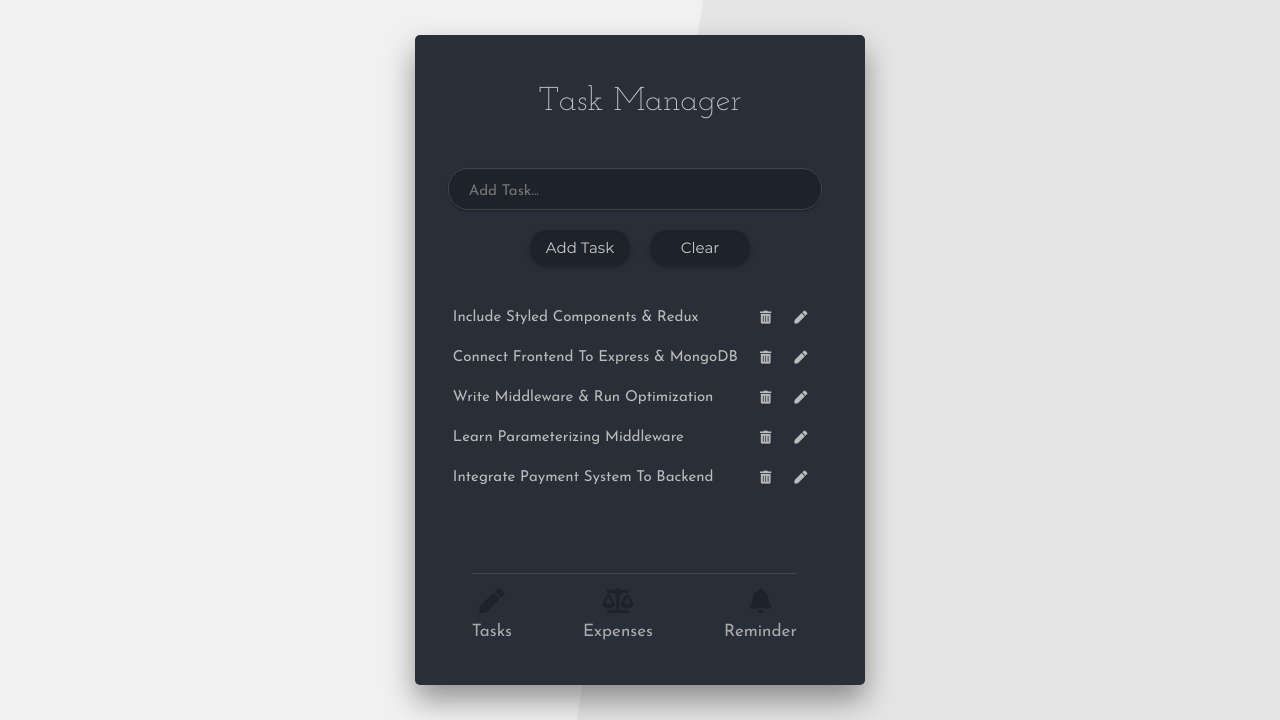
Repository: Kol124/react-task-manager
Page: /
An editor plug-in stored every save of this project. The page is shown before and after the next save, followed by the edit.
The browser window is 1280 px wide. The pictures show the whole page.
The project was rebuilt for these pictures with package versions that can differ from the ones it lists, and the page was loaded fresh each time. Also part of the build but not shown: src/components/Expenses/Expenses.js, src/components/Reminder/Reminder.js.

Above is the page before, as saved 2021-06-23 20:00:55.

### public/index.html
<!DOCTYPE html>
<html lang="en">
  <head>
    <meta charset="utf-8" />
    <link rel="icon" href="%PUBLIC_URL%/favicon.ico" />
    <meta name="viewport" content="width=device-width, initial-scale=1" />
    <meta name="theme-color" content="#000000" />
    <meta
      name="description"
      content="Web site created using create-react-app"
    />
    <link rel="apple-touch-icon" href="%PUBLIC_URL%/logo192.png" />
    <!--
      manifest.json provides metadata used when your web app is installed on a
      user's mobile device or desktop. See https://developers.google.com/web/fundamentals/web-app-manifest/
    -->
    <link rel="manifest" href="%PUBLIC_URL%/manifest.json" />
    <!--
      Notice the use of %PUBLIC_URL% in the tags above.
      It will be replaced with the URL of the `public` folder during the build.
      Only files inside the `public` folder can be referenced from the HTML.

      Unlike "/favicon.ico" or "favicon.ico", "%PUBLIC_URL%/favicon.ico" will
      work correctly both with client-side routing and a non-root public URL.
      Learn how to configure a non-root public URL by running `npm run build`.
    -->
    <link rel="stylesheet" href="all.min.css" />
    <title>React App</title>
  </head>
  <body>
    <noscript>You need to enable JavaScript to run this app.</noscript>
    <div id="root"></div>
    <!--
      This HTML file is a template.
      If you open it directly in the browser, you will see an empty page.

      You can add webfonts, meta tags, or analytics to this file.
      The build step will place the bundled scripts into the <body> tag.

      To begin the development, run `npm start` or `yarn start`.
      To create a production bundle, use `npm run build` or `yarn build`.
    -->
  </body>
</html>

### src/App.js
import "./App.css";
import React from "react";
import { BrowserRouter as Router, Switch, Route } from "react-router-dom";
import Header from "./components/Header";
import TaskForm from "./components/TaskForm";
import TaskList from "./components/TaskList";
import TaskContextProvider from "./context/TaskContext";
import Expenses from "./components/expenses/Expenses";
import Reminder from "./components/reminder/Reminder";
import Footer from "./components/Footer";

function App() {
  return (
    <Router>
      <TaskContextProvider>
        <div className="container">
          <div className="app-wrapper">
            <Header />
            <Switch>
              <Route exact path="/">
                <div className="main">
                  <TaskForm />
                  <TaskList />
                </div>
              </Route>

              <Route path="/expenses">
                <Expenses />
              </Route>

              <Route path="/reminder">
                <Reminder />
              </Route>
            </Switch>
            <Footer />
          </div>
        </div>
      </TaskContextProvider>
    </Router>
  );
}

export default App;

### src/App.css
@import url("fonts.css");

* {
  margin: 0;
  padding: 0;
  box-sizing: inherit;
}

html {
  box-sizing: border-box;
  font-size: 62.5%;
}

.container {
  width: 100%;
  height: 100vh;
  display: flex;
  align-items: center;
  justify-content: center;
  background: linear-gradient(100deg, #f1f1f1 50%, #e5e5e5 0);
}

.app-wrapper {
  background-color: #292f38;
  padding: 2.5rem 2.8rem;
  position: relative;
  width: 45rem;
  height: 65rem;
  border-radius: 5px;
  box-shadow: 0 15px 30px rgba(0, 0, 0, 0.4);
}

.header .main-header {
  font-family: "Josefin Slab", serif;
  text-align: center;
  font-size: 3.3rem;
  color: #ccc;
  font-weight: 300;
  margin: 2.5rem 2rem 5rem 2rem;
}

.main {
  display: flex;
  flex-direction: column;
  align-items: space-between;
  margin-bottom: 3.5rem;
  width: 100%;
}

.form {
  display: flex;
  align-items: center;
  margin-bottom: 1.5rem;
  flex-direction: column;
  justify-content: center;
}

.task-input {
  font-family: "Josefin Sans", serif;
  padding: 1.5rem 1rem 1rem 2rem;
  margin: 0 1rem 1rem 0;
  color: #ccc;
  width: 95%;
  outline: none;
  font-size: 1.5rem;
  border-radius: 20px;
  border: 1px solid #444;
  background-color: #1d222b;
  box-shadow: 0 1px 2px rgba(0, 0, 0, 0.3);
}

@media only screen and (max-width: 450px) {
  html {
    font-size: 50%;
  }
}

.buttons {
  display: flex;
}

.btn {
  margin: 1rem;
}

.add-task-btn {
  width: 10rem;
  height: 3.5rem;
  background-color: #1d222b;
  color: #ccc;
  border: none;
  font-family: "Montserrat", sans-serif;
  font-size: 1.5rem;
  border-radius: 2rem;
  box-shadow: 0 2px 5px rgba(0, 0, 0, 0.3);
  outline: none;
  cursor: pointer;
}

.list {
  width: 95%;
  margin: 0 auto;
  max-height: 27rem;
  overflow: hidden;
  overflow-y: auto;
}

/* width */
::-webkit-scrollbar {
  width: 6px;
}

/* Track */
::-webkit-scrollbar-track {
  border-radius: 10px;
  background-color: #aaa;
}

/* Handle */
::-webkit-scrollbar-thumb {
  background: #444;
  border-radius: 10px;
}

.list-item {
  display: flex;
  margin: 2rem 0;
  padding-bottom: 0.5rem;
  justify-content: space-between;
}

.list-item span {
  font-family: "Josefin Sans", sans-serif;
  color: #bbb;
  font-size: 1.5rem;
  text-transform: capitalize;
}

.task-btn {
  cursor: pointer;
  background-color: transparent;
  border: none;
  outline: none;
}

.btn-delete i {
  font-size: 1.3rem;
  color: #bbb;
  margin-right: 2rem;
}

.btn-edit i {
  font-size: 1.3rem;
  color: #bbb;
  margin-right: 2rem;
}

.clear-btn {
  width: 10rem;
  height: 3.5rem;
  background-color: #1d222b;
  color: #ccc;
  border: none;
  font-family: "Montserrat", sans-serif;
  font-size: 1.5rem;
  border-radius: 2rem;
  box-shadow: 0 2px 5px rgba(0, 0, 0, 0.3);
  outline: none;
  cursor: pointer;
}

.no-tasks {
  color: #777;
  text-align: center;
  font-family: "Montserrat", sans-serif;
  margin-top: 2.5rem;
  font-size: 2rem;
}

footer {
  position: absolute;
  width: 85%;
  bottom: 7%;
}

footer .nav {
  display: flex;
  align-items: center;
  justify-content: space-between;
  border-top: 1px solid #444;
  padding-top: 1.4rem;
  list-style: none;
  margin: 0 auto;
  width: 85%;
}

.nav li {
  font-family: "Josefin Sans", sans-serif;
  /* font-size: 2rem; */
  text-align: center;
}

.nav li a {
  text-decoration: none;
}

.nav li i {
  font-size: 2.5rem;
  color: #1d222b;
}

.nav li p {
  text-decoration: none;
  font-size: 1.7rem;
  color: #aaa;
  margin-top: 1rem;
}

### src/components/Header.js
import React from "react";

const Header = () => {
  return (
    <div className="header">
      <h1 className="main-header">Task Manager</h1>
    </div>
  );
};

export default Header;

### src/components/TaskForm.js
import React, { useState, useContext, useEffect } from "react";
import { TaskContext } from "../context/TaskContext";

export default function TaskForm() {
  const { editItem, setEditItem, dispatch } = useContext(TaskContext);
  const [title, setTitle] = useState("");

  const handleSubmit = (e) => {
    e.preventDefault();
    if (editItem !== null) {
      dispatch({
        type: "EDIT_TASK",
        task: {
          title,
          id: editItem.id,
        },
      });
      setEditItem(null);
    } else {
      dispatch({
        type: "ADD_TASK",
        task: {
          title,
        },
      });
    }

    setTitle("");
  };

  useEffect(() => {
    if (editItem !== null) {
      setTitle(editItem.title);
      console.log(editItem);
    } else {
      setTitle("");
    }
  }, [editItem]);

  return (
    <form onSubmit={handleSubmit} className="form">
      <input
        type="text"
        placeholder="Add Task..."
        value={title}
        onChange={(e) => setTitle(e.target.value)}
        required
        className="task-input"
      />
      <div className="buttons">
        <button type="submit" className="btn add-task-btn">
          {editItem ? "Edit Task" : "Add Task"}
        </button>
        <button
          className="btn clear-btn"
          onClick={() => dispatch({ type: "CLEAR_TASK" })}
        >
          Clear
        </button>
      </div>
    </form>
  );
}

### src/components/TaskList.js
import React, { useContext } from "react";
import { TaskContext } from "../context/TaskContext";
import Task from "./Task";

export default function TaskList() {
  const { tasks } = useContext(TaskContext);

  return (
    <div>
      {tasks.length ? (
        <ul className="list">
          {tasks.map((task) => {
            return <Task task={task} key={task.id} />;
          })}
        </ul>
      ) : (
        <div className="no-tasks">No Tasks</div>
      )}
    </div>
  );
}

### src/context/TaskContext.js
import React, { createContext, useState, useReducer, useEffect } from "react";
import TaskReducer from "../reducer/TaskReducer";

export const TaskContext = createContext();

export default function TaskContextProvider(props) {
  const [tasks, dispatch] = useReducer(TaskReducer, [
    { title: "Include styled components & redux", id: 1 },
    { title: "Connect frontend to express & mongoDB", id: 2 },
    { title: "Write middleware & run optimization", id: 3 },
    { title: "Learn parameterizing middleware", id: 4 },
    { title: "Integrate payment system to backend", id: 5 },
  ]);
  const [editItem, setEditItem] = useState(null);

  const findItem = (id) => {
    const item = tasks.find((task) => task.id === id);
    setEditItem(item);
  };

  useEffect(() => {
    console.log(tasks);
  });

  return (
    <TaskContext.Provider
      value={{ tasks, editItem, setEditItem, findItem, dispatch }}
    >
      {props.children}
    </TaskContext.Provider>
  );
}

### src/components/Footer.js
import React from "react";
import { Link } from "react-router-dom";

export default function Footer() {
  return (
    <footer>
      <ul className="nav">
        <li>
          <Link to="/">
            <i className="fa fa-pen"></i>
            <p>Tasks</p>
          </Link>
        </li>

        <li>
          <Link to="/Expenses">
            <i className="fa fa-balance-scale"></i>
            <p>Expenses</p>
          </Link>
        </li>

        <li>
          <Link to="/Reminder">
            <i className="fa fa-bell"></i>
            <p>Reminder</p>
          </Link>
        </li>
      </ul>
    </footer>
  );
}

### src/fonts.css
/* josefin-sans-300 - latin */
@font-face {
  font-family: "Josefin Sans";
  font-style: normal;
  font-weight: 300;
  src: url("./fonts/josefin-sans-v17-latin-300.eot"); /* IE9 Compat Modes */
  src: local(""),
    url("./fonts/josefin-sans-v17-latin-300.eot?#iefix")
      format("embedded-opentype"),
    /* IE6-IE8 */ url("./fonts/josefin-sans-v17-latin-300.woff2")
      format("woff2"),
    /* Super Modern Browsers */ url("./fonts/josefin-sans-v17-latin-300.woff")
      format("woff"),
    /* Modern Browsers */ url("./fonts/josefin-sans-v17-latin-300.ttf")
      format("truetype"),
    /* Safari, Android, iOS */
      url("./fonts/josefin-sans-v17-latin-300.svg#JosefinSans") format("svg"); /* Legacy iOS */
}
/* josefin-sans-regular - latin */
@font-face {
  font-family: "Josefin Sans";
  font-style: normal;
  font-weight: 400;
  src: url("./fonts/josefin-sans-v17-latin-regular.eot"); /* IE9 Compat Modes */
  src: local(""),
    url("./fonts/josefin-sans-v17-latin-regular.eot?#iefix")
      format("embedded-opentype"),
    /* IE6-IE8 */ url("./fonts/josefin-sans-v17-latin-regular.woff2")
      format("woff2"),
    /* Super Modern Browsers */
      url("./fonts/josefin-sans-v17-latin-regular.woff") format("woff"),
    /* Modern Browsers */ url("./fonts/josefin-sans-v17-latin-regular.ttf")
      format("truetype"),
    /* Safari, Android, iOS */
      url("./fonts/josefin-sans-v17-latin-regular.svg#JosefinSans")
      format("svg"); /* Legacy iOS */
}
/* josefin-sans-600 - latin */
@font-face {
  font-family: "Josefin Sans";
  font-style: normal;
  font-weight: 600;
  src: url("./fonts/josefin-sans-v17-latin-600.eot"); /* IE9 Compat Modes */
  src: local(""),
    url("./fonts/josefin-sans-v17-latin-600.eot?#iefix")
      format("embedded-opentype"),
    /* IE6-IE8 */ url("./fonts/josefin-sans-v17-latin-600.woff2")
      format("woff2"),
    /* Super Modern Browsers */ url("./fonts/josefin-sans-v17-latin-600.woff")
      format("woff"),
    /* Modern Browsers */ url("./fonts/josefin-sans-v17-latin-600.ttf")
      format("truetype"),
    /* Safari, Android, iOS */
      url("./fonts/josefin-sans-v17-latin-600.svg#JosefinSans") format("svg"); /* Legacy iOS */
}
/* josefin-sans-700 - latin */
@font-face {
  font-family: "Josefin Sans";
  font-style: normal;
  font-weight: 700;
  src: url("./fonts/josefin-sans-v17-latin-700.eot"); /* IE9 Compat Modes */
  src: local(""),
    url("./fonts/josefin-sans-v17-latin-700.eot?#iefix")
      format("embedded-opentype"),
    /* IE6-IE8 */ url("./fonts/josefin-sans-v17-latin-700.woff2")
      format("woff2"),
    /* Super Modern Browsers */ url("./fonts/josefin-sans-v17-latin-700.woff")
      format("woff"),
    /* Modern Browsers */ url("./fonts/josefin-sans-v17-latin-700.ttf")
      format("truetype"),
    /* Safari, Android, iOS */
      url("./fonts/josefin-sans-v17-latin-700.svg#JosefinSans") format("svg"); /* Legacy iOS */
}

/* josefin-slab-300 - latin */
@font-face {
  font-family: "Josefin Slab";
  font-style: normal;
  font-weight: 300;
  src: url("./fonts/josefin-slab-v13-latin-300.eot"); /* IE9 Compat Modes */
  src: local(""),
    url("./fonts/josefin-slab-v13-latin-300.eot?#iefix")
      format("embedded-opentype"),
    /* IE6-IE8 */ url("./fonts/josefin-slab-v13-latin-300.woff2")
      format("woff2"),
    /* Super Modern Browsers */ url("./fonts/josefin-slab-v13-latin-300.woff")
      format("woff"),
    /* Modern Browsers */ url("./fonts/josefin-slab-v13-latin-300.ttf")
      format("truetype"),
    /* Safari, Android, iOS */
      url("./fonts/josefin-slab-v13-latin-300.svg#JosefinSlab") format("svg"); /* Legacy iOS */
}
/* josefin-slab-regular - latin */
@font-face {
  font-family: "Josefin Slab";
  font-style: normal;
  font-weight: 400;
  src: url("./fonts/josefin-slab-v13-latin-regular.eot"); /* IE9 Compat Modes */
  src: local(""),
    url("./fonts/josefin-slab-v13-latin-regular.eot?#iefix")
      format("embedded-opentype"),
    /* IE6-IE8 */ url("./fonts/josefin-slab-v13-latin-regular.woff2")
      format("woff2"),
    /* Super Modern Browsers */
      url("./fonts/josefin-slab-v13-latin-regular.woff") format("woff"),
    /* Modern Browsers */ url("./fonts/josefin-slab-v13-latin-regular.ttf")
      format("truetype"),
    /* Safari, Android, iOS */
      url("./fonts/josefin-slab-v13-latin-regular.svg#JosefinSlab")
      format("svg"); /* Legacy iOS */
}
/* josefin-slab-600 - latin */
@font-face {
  font-family: "Josefin Slab";
  font-style: normal;
  font-weight: 600;
  src: url("./fonts/josefin-slab-v13-latin-600.eot"); /* IE9 Compat Modes */
  src: local(""),
    url("./fonts/josefin-slab-v13-latin-600.eot?#iefix")
      format("embedded-opentype"),
    /* IE6-IE8 */ url("./fonts/josefin-slab-v13-latin-600.woff2")
      format("woff2"),
    /* Super Modern Browsers */ url("./fonts/josefin-slab-v13-latin-600.woff")
      format("woff"),
    /* Modern Browsers */ url("./fonts/josefin-slab-v13-latin-600.ttf")
      format("truetype"),
    /* Safari, Android, iOS */
      url("./fonts/josefin-slab-v13-latin-600.svg#JosefinSlab") format("svg"); /* Legacy iOS */
}
/* josefin-slab-700 - latin */
@font-face {
  font-family: "Josefin Slab";
  font-style: normal;
  font-weight: 700;
  src: url("./fonts/josefin-slab-v13-latin-700.eot"); /* IE9 Compat Modes */
  src: local(""),
    url("./fonts/josefin-slab-v13-latin-700.eot?#iefix")
      format("embedded-opentype"),
    /* IE6-IE8 */ url("./fonts/josefin-slab-v13-latin-700.woff2")
      format("woff2"),
    /* Super Modern Browsers */ url("./fonts/josefin-slab-v13-latin-700.woff")
      format("woff"),
    /* Modern Browsers */ url("./fonts/josefin-slab-v13-latin-700.ttf")
      format("truetype"),
    /* Safari, Android, iOS */
      url("./fonts/josefin-slab-v13-latin-700.svg#JosefinSlab") format("svg"); /* Legacy iOS */
}

/* montserrat-300 - latin */
@font-face {
  font-family: "Montserrat";
  font-style: normal;
  font-weight: 300;
  src: url("./fonts/montserrat-v15-latin-300.eot"); /* IE9 Compat Modes */
  src: local(""),
    url("./fonts/montserrat-v15-latin-300.eot?#iefix")
      format("embedded-opentype"),
    /* IE6-IE8 */ url("./fonts/montserrat-v15-latin-300.woff2") format("woff2"),
    /* Super Modern Browsers */ url("./fonts/montserrat-v15-latin-300.woff")
      format("woff"),
    /* Modern Browsers */ url("./fonts/montserrat-v15-latin-300.ttf")
      format("truetype"),
    /* Safari, Android, iOS */
      url("./fonts/montserrat-v15-latin-300.svg#Montserrat") format("svg"); /* Legacy iOS */
}
/* montserrat-regular - latin */
@font-face {
  font-family: "Montserrat";
  font-style: normal;
  font-weight: 400;
  src: url("./fonts/montserrat-v15-latin-regular.eot"); /* IE9 Compat Modes */
  src: local(""),
    url("./fonts/montserrat-v15-latin-regular.eot?#iefix")
      format("embedded-opentype"),
    /* IE6-IE8 */ url("./fonts/montserrat-v15-latin-regular.woff2")
      format("woff2"),
    /* Super Modern Browsers */ url("./fonts/montserrat-v15-latin-regular.woff")
      format("woff"),
    /* Modern Browsers */ url("./fonts/montserrat-v15-latin-regular.ttf")
      format("truetype"),
    /* Safari, Android, iOS */
      url("./fonts/montserrat-v15-latin-regular.svg#Montserrat") format("svg"); /* Legacy iOS */
}
/* montserrat-500 - latin */
@font-face {
  font-family: "Montserrat";
  font-style: normal;
  font-weight: 500;
  src: url("./fonts/montserrat-v15-latin-500.eot"); /* IE9 Compat Modes */
  src: local(""),
    url("./fonts/montserrat-v15-latin-500.eot?#iefix")
      format("embedded-opentype"),
    /* IE6-IE8 */ url("./fonts/montserrat-v15-latin-500.woff2") format("woff2"),
    /* Super Modern Browsers */ url("./fonts/montserrat-v15-latin-500.woff")
      format("woff"),
    /* Modern Browsers */ url("./fonts/montserrat-v15-latin-500.ttf")
      format("truetype"),
    /* Safari, Android, iOS */
      url("./fonts/montserrat-v15-latin-500.svg#Montserrat") format("svg"); /* Legacy iOS */
}

### src/components/Task.js
import React, { useContext } from "react";
import { TaskContext } from "../context/TaskContext";

export default function Task({ task }) {
  const { findItem, dispatch } = useContext(TaskContext);

  return (
    <li className="list-item">
      <span>{task.title}</span>
      <div>
        <button
          className="btn-delete task-btn"
          onClick={() =>
            dispatch({ type: "REMOVE_TASK", task: { id: task.id } })
          }
        >
          <i className="fas fa-trash-alt"></i>
        </button>{" "}
        <button className="btn-edit task-btn" onClick={() => findItem(task.id)}>
          <i className="fas fa-pen"></i>
        </button>
      </div>
    </li>
  );
}

### src/reducer/TaskReducer.js
export default function TaskReducer(tasks, action) {
  switch (action.type) {
    case "ADD_TASK":
      return [
        ...tasks,
        {
          title: action.task.title,
          id: Math.random().toString(),
        },
      ];

    case "REMOVE_TASK":
      return tasks.filter((task) => task.id !== action.task.id);

    case "EDIT_TASK":
      return tasks.map((task) =>
        task.id === action.task.id
          ? { title: action.task.title, id: action.task.id }
          : task
      );

    case "CLEAR_TASK":
      return [];

    default:
      return tasks;
  }
}

Loaded but not shown: src/index.js (common file); src/index.css (common file); src/reportWebVitals.js (common file); public/all.min.css (library)

After the next save:
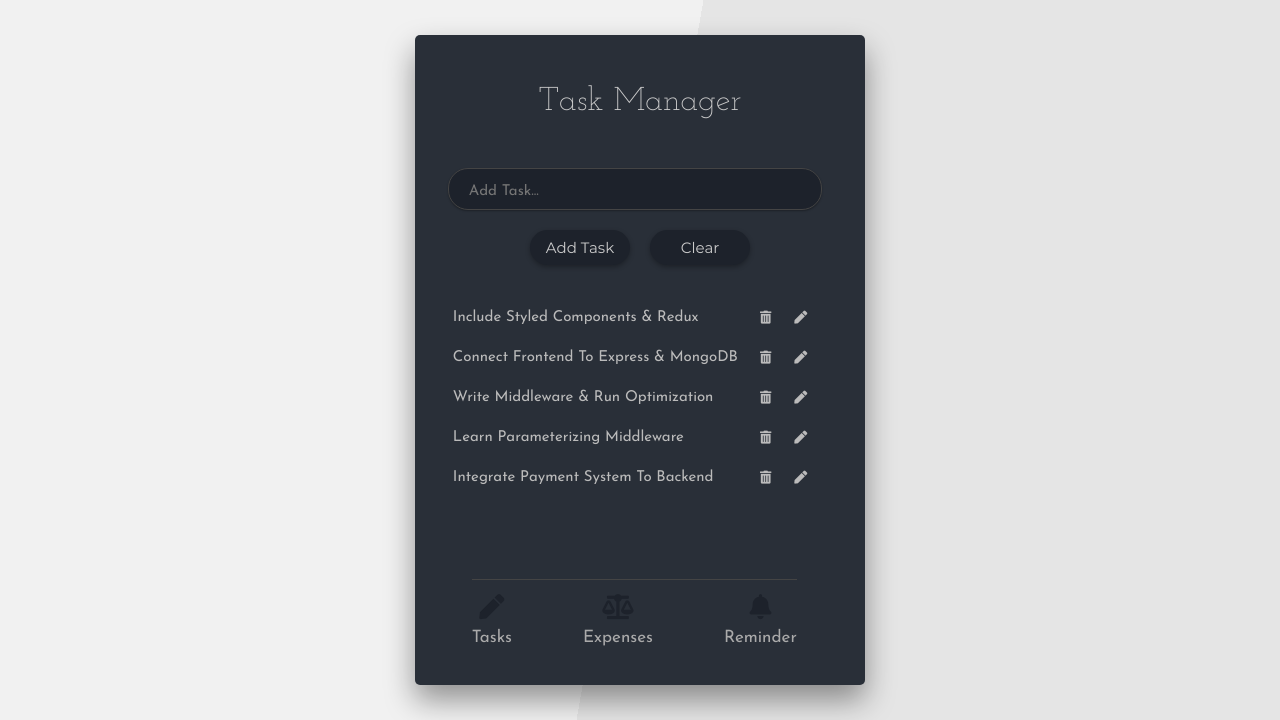
Saved 65 s later.
--- a/src/App.css
+++ b/src/App.css
@@ -180,7 +180,7 @@ html {
 footer {
   position: absolute;
   width: 85%;
-  bottom: 7%;
+  bottom: 6%;
 }
 
 footer .nav {
